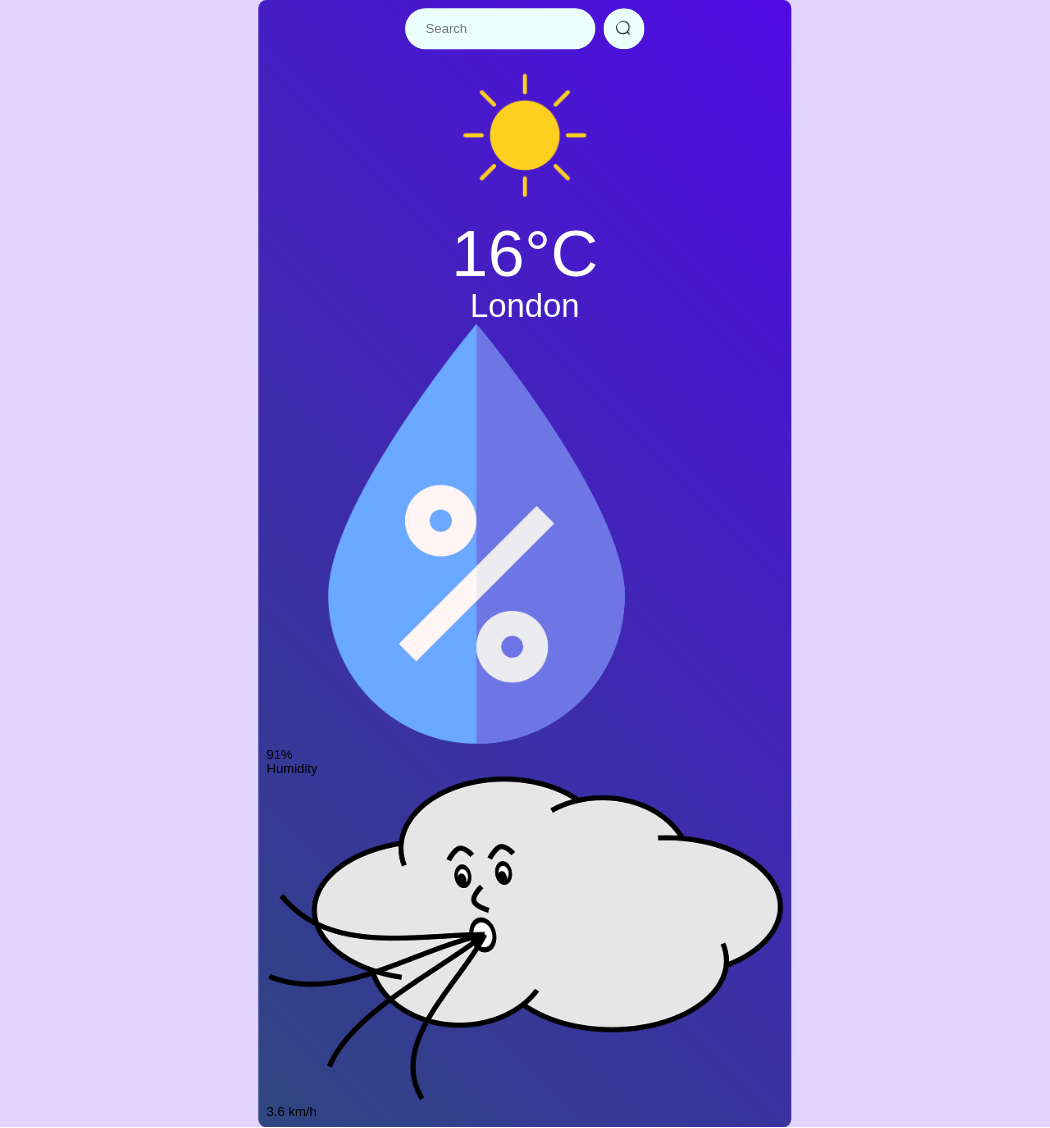
Repository: wakoya-tech/wheather-app
Page: /
The author's editor kept a copy of each file at every save. The page is drawn from the files as they stood at one save, then again after the next save.
The browser window is 1280 px wide. The pictures show the whole page, at 82% of full size.
The project was rebuilt for these pictures with package versions that can differ from the ones it lists, and the page was loaded fresh each time. Also part of the build but not shown: vite.config.js, src/App.css.

Above is the page before, as saved 2025-10-18 21:12:08.

### index.html
<!DOCTYPE html>
<html lang="en">
  <head>
    <meta charset="UTF-8" />
    <link rel="icon" type="image/svg+xml" href="/vite.svg" />
    <meta name="viewport" content="width=device-width, initial-scale=1.0" />
    <title>Weather App - wakoCode</title>
  </head>
  <body>
    <div id="root"></div>
    <script type="module" src="/src/main.jsx"></script>
  </body>
</html>

### src/App.jsx
import { useState } from 'react'
import Weather from './Components/Weather'

import './App.css'

function App() {
 return(
 <div className='App'>

<Weather/>

 </div>

 )

}

export default App

### src/index.css

*{
    margin: 0;
    padding: 0;
    box-sizing: border-box;
    font-family: "poppins",sans-serif;
}
.App {
    min-height: 100vh;
    display: grid;
    background: #e2d4ff;
}

### src/Components/Weather.jsx
import React from 'react';
import './Weather.css';
import search_icon from '../assets/Search.png';
/*import rain from '../assets/Rain.png';
import cloud from '../assets/Cloud.png';*/
import clear from '../assets/Clear.png';
/*import drizzle from '../assets/Drizzle.png';
import snow from '../assets/Snow.png';
*/

import wind from '../assets/Wind.png'
import humidity from '../assets/Humidity.png';

function Weather() {
  return (
    <div className='weather'>
      <div className="search-bar">
        <input type="text" placeholder='Search' />
        <img  src={search_icon} alt="Search" />

      </div>
       <img src={clear} alt="" className='weather-icon'/>
        <p className='temperature'>16°C</p>
        <p className='location'>London</p>
        <div className="weather-data">
          <div className="col">
            <img src={humidity} alt="" />
            <div>
              <p>91%</p>
              <span>Humidity</span>
            </div>
          </div>
          <div className="col">
            <img src={wind} alt="" />
            <div>
           <p>3.6 km/h</p>

            </div>
          </div>
        </div>
    <div/>

    </div>
  );
}
/*https://www.flaticon.com/free-icon/sun_1163662?related_id=1163662&origin=<pack></pack>*/
export default Weather;

### src/Components/Weather.css
.weather{
place-self: center;
padding: 10px;
border-radius: 10px;
background-image: linear-gradient(45deg,#2f4680,#500ae4);
display: flex;
flex-direction: column;
align-items: center;
}
.search-bar{
    display: flex;
    align-items: center;
    gap: 10px;
}
.search-bar input{
   height: 50px;
    font-size: 16px;
    border-radius: 40px;
    padding-left: 25px;
    border: none;
    outline: none;
    color: #626262;
    background: #ebfffc;
}
.search-bar img{
  width: 50px;
  padding: 15px;
    border-radius: 50%;
    background: #ebfffc;
  cursor: pointer;
}
.weather-icon {
    width: 150px;
    margin: 30px 0;
}
.temperature{
    color: #fff;
    font-size: 80px;
    line-height: 1;
}
.location{
    color: #fff;
    font-size: 40px;
}

Loaded but not shown: src/main.jsx (common file)

After the next save:
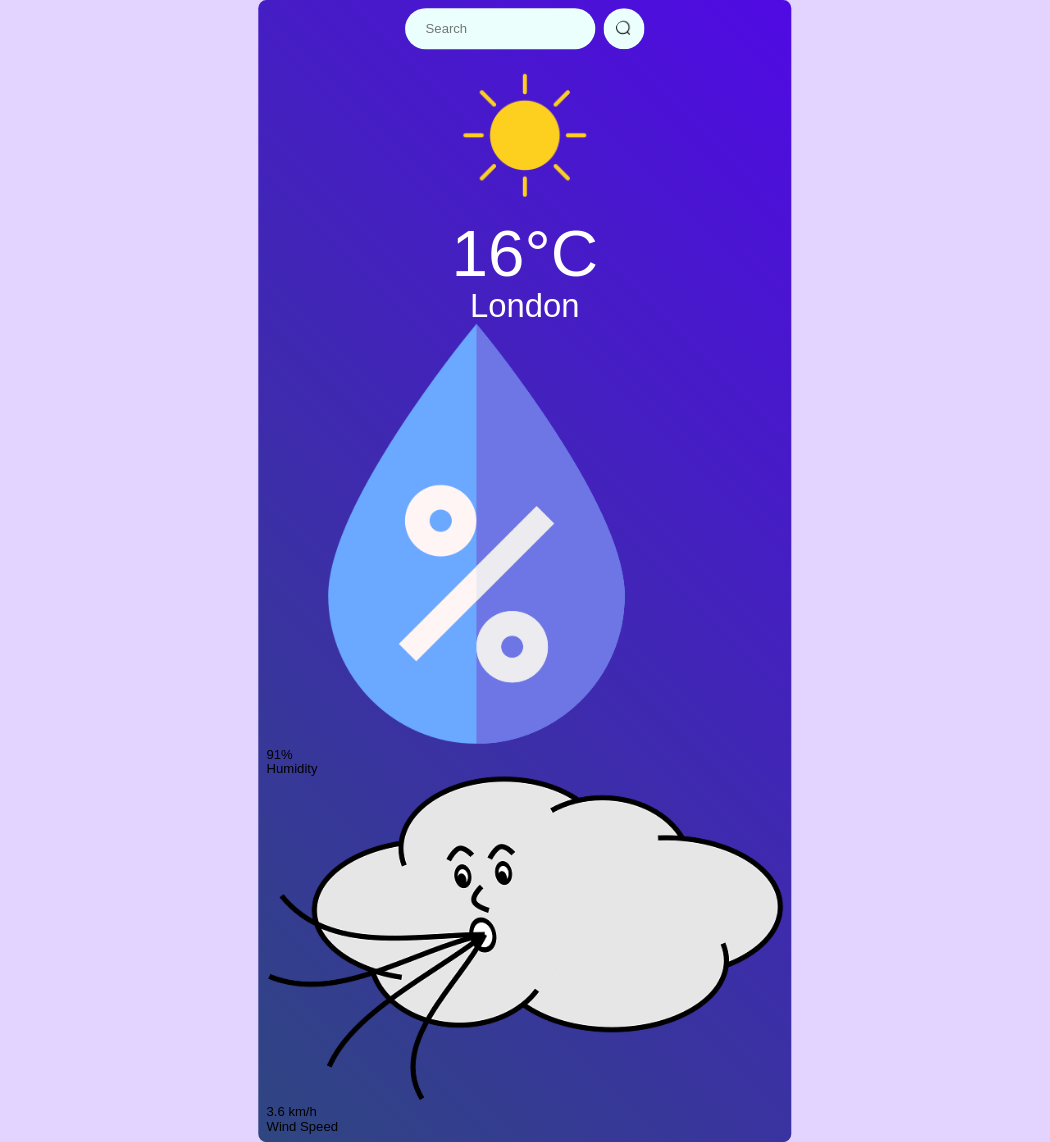
Saved 17 s later.
--- a/src/Components/Weather.jsx
+++ b/src/Components/Weather.jsx
@@ -34,6 +34,7 @@ function Weather() {
             <img src={wind} alt="" />
             <div>
            <p>3.6 km/h</p>
+           <span>Wind Speed</span>
 
             </div>
           </div>
